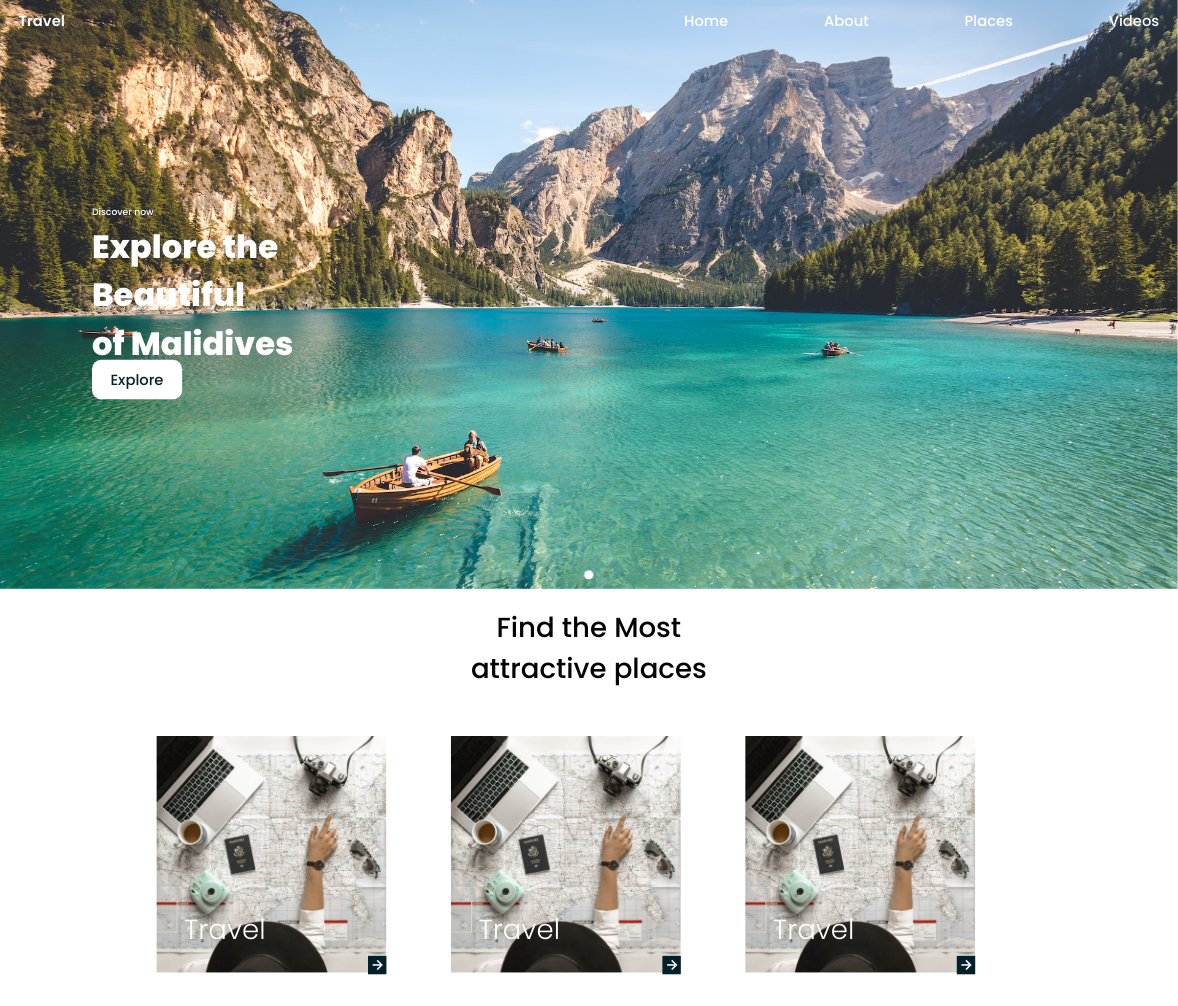
Repository: OmniaRafat232111121/Traveling
Page: index.html
The author's editor kept a copy of each file at every save. The page is drawn from the files as they stood at one save, then again after a run of saves.
The browser window is 1280 px wide. The pictures show the whole page, at 92% of full size.

Above is the page before, as saved 2022-12-20 11:33:00.

### index.html
<!DOCTYPE html>
<html lang="en">
<head>
    <meta charset="UTF-8">
    <meta http-equiv="X-UA-Compatible" content="IE=edge">
    <meta name="viewport" content="width=device-width, initial-scale=1.0">
    <title>Travel Css</title>
    <link rel="stylesheet" href="css/style.css">
    <!--swiper-->
       <link
  rel="stylesheet"
  href="https://cdn.jsdelivr.net/npm/swiper@8/swiper-bundle.min.css"
/>
<!--Box icon-->
 <link rel="stylesheet"
  href="https://cdn.jsdelivr.net/npm/boxicons@latest/css/boxicons.min.css">
</head>
<body>
    <!--navbar start-->
    <header class="header">
        <div class="logo">
        <a href="index.html" >Travel</a>
        </div>
        <div class="'bx bx-menu" id="menu-icon"></div>
        <nav>
            <ul>
                <li><a href="index.html">Home</a></li>
                <li><a href="#about">About</a></li>
                <li><a href="#places">Places</a></li>
                <li><a href="#viedo">Videos</a></li>
            </ul>
        </nav>

    </header>
   <!--navbar end-->
   <!--home start-->
   <section class="home swiper" id="home">
   <div class="swiper-wrapper">
        <div class="swiper-slide container">
            <img src="./imgs/travel1.jpg" alt="travel"/>
            <div class="home-text">
                <span>Discover now</span>
                <h1>Explore the <br>Beautiful<br> of Malidives</h1>
                <a href="#" class="btn"> Explore</a>
            </div>
        </div>

        <div class="swiper-slide container">
            <img src="./imgs/dessert.jpg" alt="travel"/>\
            <div class="home-text">
                <span>Discover now</span>
                <h1>Explore the <br>Beautiful<br> of Malidives</h1>
                <a href="#" class="btn"> Explore</a>
            </div>
        </div>
        <div class="swiper-slide container">
            <img src="./imgs/travel3.jpg" alt="travel"/>
            <div class="home-text">
                <span>Discover now</span>
                <h1>Explore the <br>Beautiful<br> of Malidives</h1>
                <a href="#" class="btn"> Explore</a>
            </div>
        </div>

      </div>
    <div class="swiper-pagination"></div>
   </section>
   <!--home end-->

   <!--places start-->
   <section class="places" id="places">
    <div class="heading">
        <h1>Find the Most <br>attractive places</h1>
        <div class="places-container">
            <div class="box">
                <div class="place-image">
                   <img  src="./imgs/p1.jpg" alt="image" />
                </div>
                <div class="place-heading">
                    <h2>Travel</h2>
                </div>
                <i class='bx bx-right-arrow-alt place-icon'></i>

            </div>
            <div class="box">
                <div class="place-image">
                   <img  src="./imgs/p1.jpg" alt="image" />
                </div>
                <div class="place-heading">
                    <h2>Travel</h2>
                </div>
                <i class='bx bx-right-arrow-alt place-icon'></i>

            </div>
            <div class="box">
                <div class="place-image">
                   <img  src="./imgs/p1.jpg" alt="image" />
                </div>
                <div class="place-heading">
                    <h2>Travel</h2>
                </div>
                <i class='bx bx-right-arrow-alt place-icon'></i>

            </div>

        </div>

    </div>

   </section>

   <!--places ends-->
<!--swiper-->
<script src="https://cdn.jsdelivr.net/npm/swiper@8/swiper-bundle.min.js"></script>
<!--custom js-->
<script src="main.js"></script>
</body>
</html>

### css/style.css
@import url('https://fonts.googleapis.com/css2?family=Be+Vietnam+Pro:wght@100&family=Inter:wght@100;300;400;500;600&family=Montserrat:wght@400;700&family=Nunito:ital,wght@0,200;0,300;1,200&family=Open+Sans:ital,wght@0,300;0,600;0,700;1,300&family=Poppins:ital,wght@0,200;0,300;0,500;0,600;0,800;0,900;1,100;1,200;1,300;1,500&family=Work+Sans:ital,wght@0,100;0,200;0,400;0,500;1,200;1,300&display=swap');
*{
    padding:0;
    margin:0;
    box-sizing: border-box;
    font-family: Poppins,'sans-serif';
    scroll-behavior: smooth;
}
:root{
    --text-color:#021f2a;
    --bf-color:#fff;
}
li{
    list-style: none;
}
a{
    text-decoration: none;
}
header{

    position:fixed;
    width:100%;
    top:0;
    left:0;
    right:0;
    display:flex;
    align-items: center;
    justify-content: space-between;
    padding:10px 20px;
     transition: 0.3s;
     z-index:20000;
}
nav ul li{
    display:inline-block;
    margin-left: 100px;

}
nav ul li a{
    color:#fff;
}
.logo a{
    font-size: 1rem;
    font-weight: 600;
    color:var(--bf-color)
}
nav ul li {
    position: relative;
}
nav ul li a::after{
    content:" ";
    width:0%;
    height:2px;
    background-color:#fff;
    position: absolute;
    bottom: -3px;
    left:0;
    transition: 0.3s;

}
nav ul li a:hover::after{
 width:50px;
}
#menu-icon{
    display:none;
    cursor: pointer;
    z-index:10001;

}
.container{
    position:relative;
    width:100%;
    min-height:640px ;
    display: flex;
    align-items: center;
}
.container img{
    position: absolute;
    width:100%;
    height:100%;
    object-fit: cover;
}
.swiper-pagination-bullet{
padding:5px;
 background:var(--bf-color);
}
/* .swiper-pagination-bullet-active{
    background:var(--bf-color);
} */
span.swiper-pagination-bullet.swiper-pagination-bullet-active.swiper-pagination-bullet-active-main {
    background: #fff;
}
.home-text{
    z-index:20001;
    padding:0px 100px;
}
.home-text span{
    color:#fff;
    font-size: 10px;
}
.home-text h1{
    font-weight: 700;
    font-size: 35px;
    color:#fff;
}
.home-text h1:hover{
    color:var(--text-color);
    transition: 0.3s linear;
}
.btn{
    background-color: var(--bf-color);
    color:var(--text-color);
    padding:10px 20px;
    border-radius: 10px;
    margin-top: 70px;
    font-weight: 500;
}
.btn:hover{
    color: var(--bf-color);
    background-color:var(--text-color);
}

.heading{
    text-align: center;
}
.heading h1{
    font-weight: 500;
    padding:20px;
    font-size: 30px;
}
.places-container{
    display:grid;
    grid-template-columns: repeat(auto-fill,minmax(300px,auto));
    gap:20px;
    padding:30px;
    justify-content: center;
}
.places-container .box{
    position:relative;
}
.box .place-image{
    width:250px;
    overflow: hidden;
}
.places-container .box .place-image img{
    width:100%;
    height:100%;
}
 .box .place-image img:hover{
    transform: scale(1.1);
    transition: 0.3s;
}
.place-heading {
position:absolute;
bottom:30px;
}
.place-heading h2{
    font-weight: 300;
    font-size: 30px;
    color:var(--bf-color);
    margin-left:30px;

}
.place-icon{
    position:absolute;
    bottom:5px;
    right:50px;
    color:var(--bf-color);
    background-color: var(--text-color);
    font-size: 20px;
}

### main.js
//swiper
var swiper = new Swiper(".home", {
       loop: true,
       grabCursor:true,
       pagination: {
          el: ".swiper-pagination",
          dynamicBullets: true,
        },
});

After the next 3 saves:
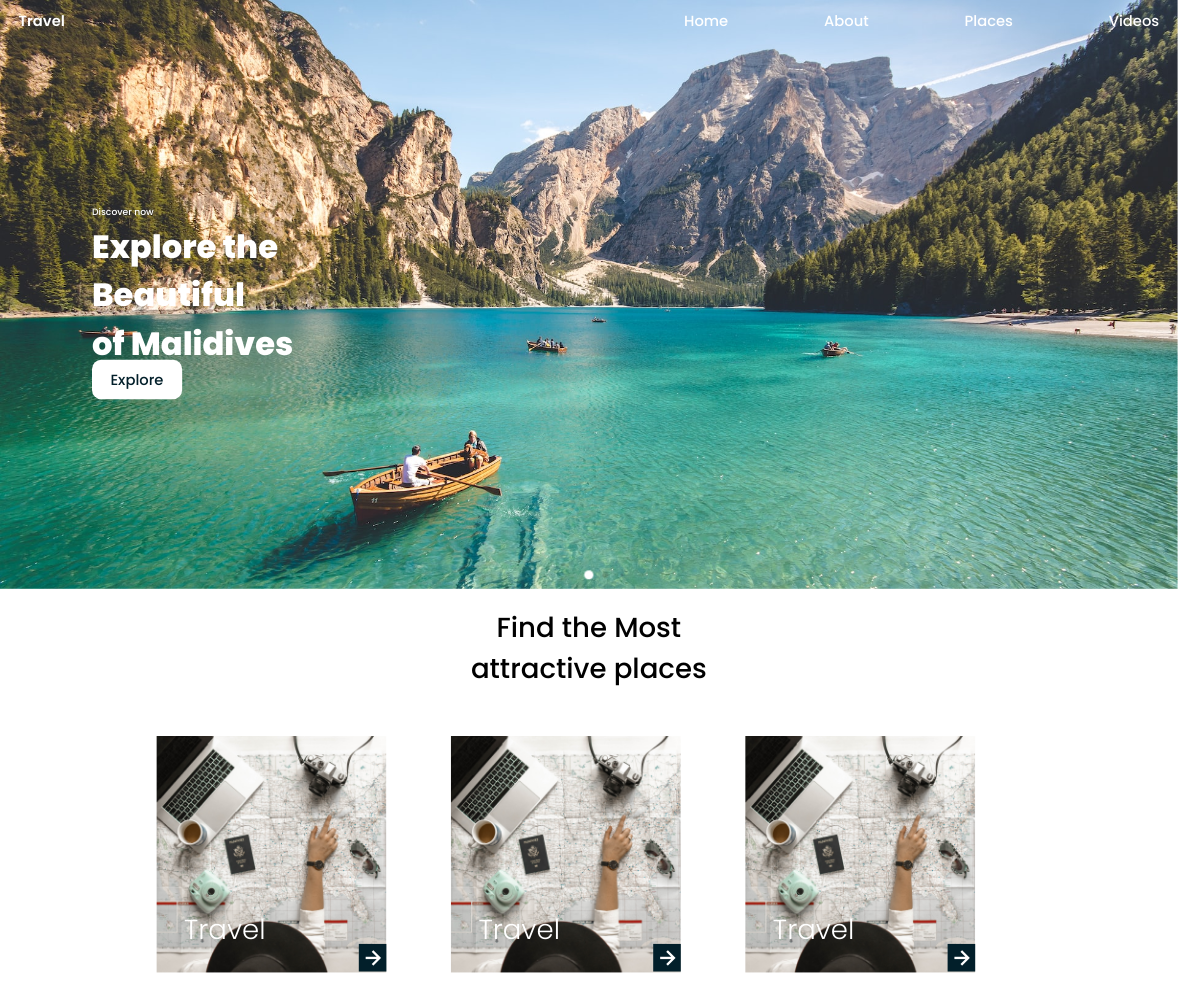
The 3 saves are shown as one change because they came seconds apart.
The last was saved 13 s later.
--- a/css/style.css
+++ b/css/style.css
@@ -162,9 +162,9 @@ bottom:30px;
 }
 .place-icon{
     position:absolute;
-    bottom:5px;
+    bottom:8px;
     right:50px;
     color:var(--bf-color);
     background-color: var(--text-color);
-    font-size: 20px;
+    font-size: 30px;
 }
